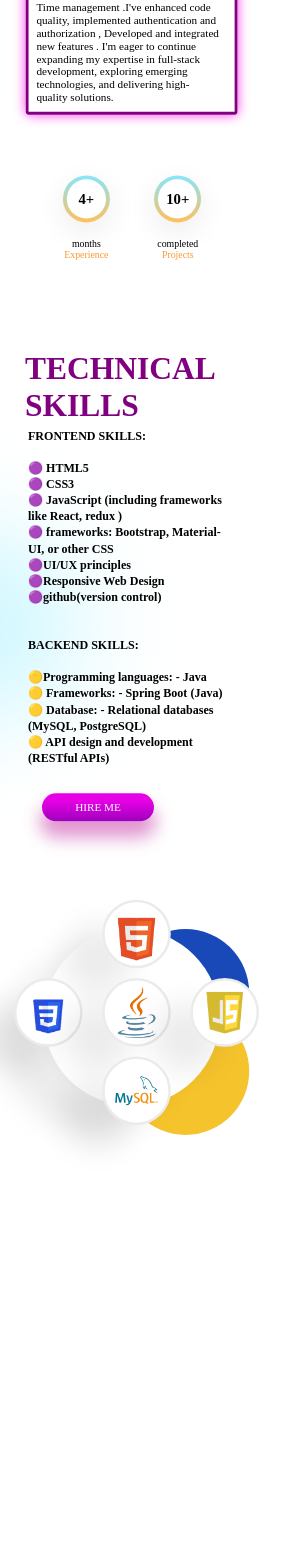
Repository: glorysandy/Protfolio
Page: /
The author's editor kept a copy of each file at every save. The page is drawn from the files as they stood at one save, then again after a run of saves.
The browser window is 375 px wide. The page is 440 px wide, so the pictures cover 440 px, including what lies to the right of the window. The pictures show the part of the page from y = 1916 to 4156 px (the page is 7423 px tall before and 7483 px after), at 70% of full size.
Some web fonts or font styles are not loaded; a fallback is used. The project was rebuilt for these pictures with package versions that can differ from the ones it lists, and the page was loaded fresh each time. Imported but missing from the stored project, and not drawn on this page: src/components/Services/SANDHIYA.P (RESUME).pdf.

Above is the page before, as saved 2024-10-17 16:14:14.

After the next 2 saves:
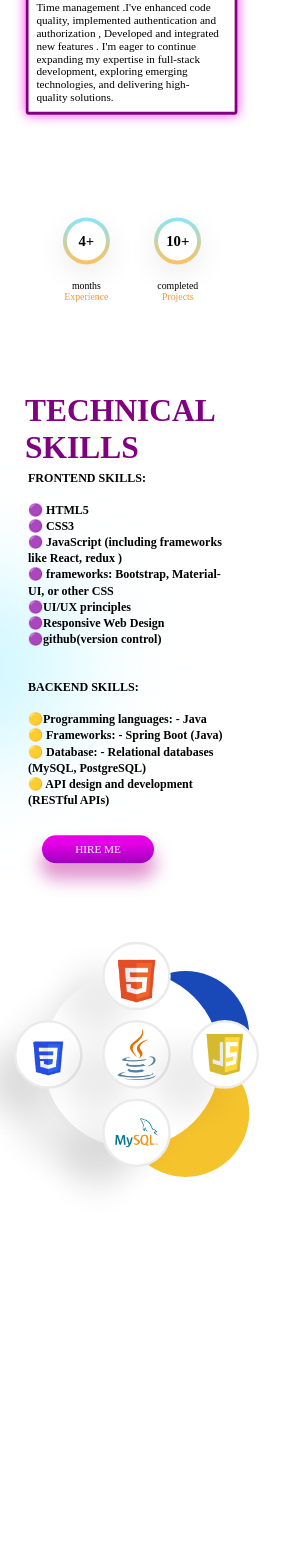
The 2 saves are shown as one change because they came seconds apart.
The last was saved 7 s later.
--- a/src/components/Experience/Experience.css
+++ b/src/components/Experience/Experience.css
@@ -49,6 +49,6 @@
 @media screen and (max-width: 480px) {
     .experience{
         transform: scale(0.7);
-        margin-top: 5rem;
+        margin-top: 8rem;
     }
 }
